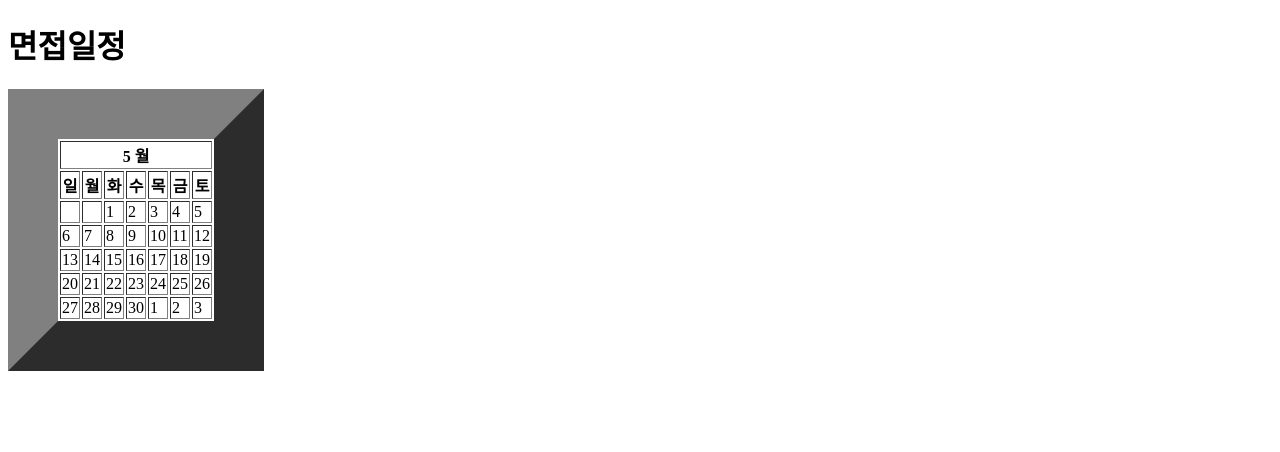
Repository: ssleap/multicampusIoT
Page: workspace190520/edu1/WebContent/workshop.html
The author's editor kept a copy of each file at every save. The page is drawn from the files as they stood at one save, then again after the next save.
The browser window is 1280 px wide. The pictures show the whole page.

Above is the page before, as saved 2019-05-20 07:34:34.

### workspace190520/edu1/WebContent/workshop.html
<!DOCTYPE html>
<html>
<head>
<meta charset="UTF-8">
<meta name = "viewport" content ="width=device-width, initial-scale=1">
<title>자소설닷컴</title>
</head>
<body>
	<h1>면접일정</h1>

	<table border = "50">
		<tr><th colspan = "7">5 월</th></tr>
		<tr><th>일</th><th>월</th><th>화</th><th>수</th>
		<th>목</th><th>금</th><th>토</th></tr>
		<tr>
			<td></td><td></td>
			<td>1</td><td>2</td>
			<td>3</td><td>4</td>
			<td>5</td>
		</tr>
		<tr>
			<td>6</td><td>7</td>
			<td>8</td><td>9</td>
			<td>10</td><td>11</td>
			<td>12</td>
		</tr>
		<tr>
			<td>13</td><td>14</td>
			<td>15</td><td>16</td>
			<td>17</td><td>18</td>
			<td>19</td>
		</tr>
		<tr>
			<td>20</td><td>21</td>
			<td>22</td><td>23</td>
			<td>24</td><td>25</td>
			<td>26</td>
		</tr>
		<tr>
			<td>27</td><td>28</td>
			<td>29</td><td>30</td>
			<td>1</td><td>2</td>
			<td>3</td>
		</tr>
	</table>
</body>
</html>

After the next save:
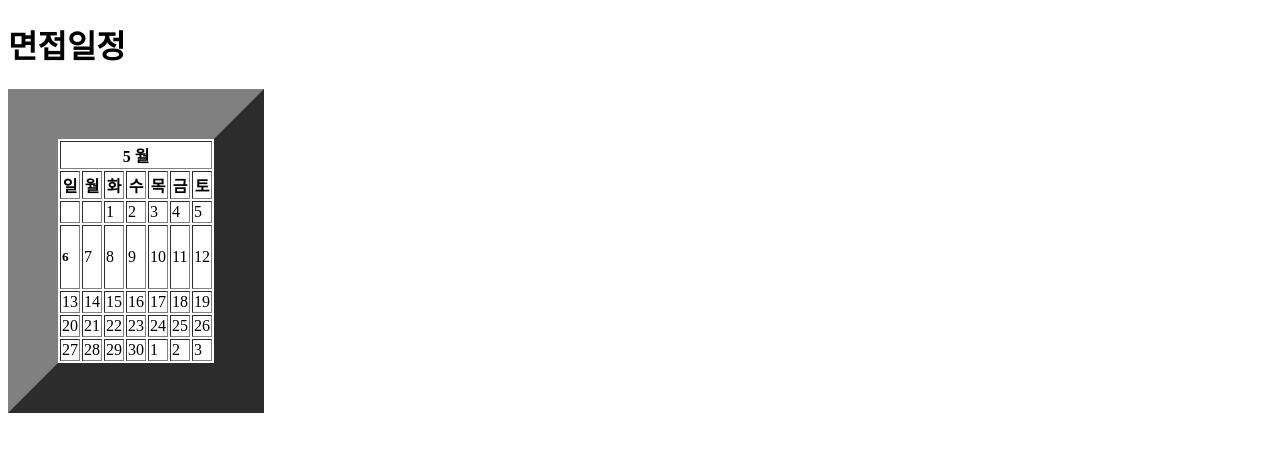
Saved 62 s later.
--- a/workspace190520/edu1/WebContent/workshop.html
+++ b/workspace190520/edu1/WebContent/workshop.html
@@ -19,7 +19,7 @@
 			<td>5</td>
 		</tr>
 		<tr>
-			<td>6</td><td>7</td>
+			<td><h5>6</h5></td><td>7</td>
 			<td>8</td><td>9</td>
 			<td>10</td><td>11</td>
 			<td>12</td>

After the save that followed:
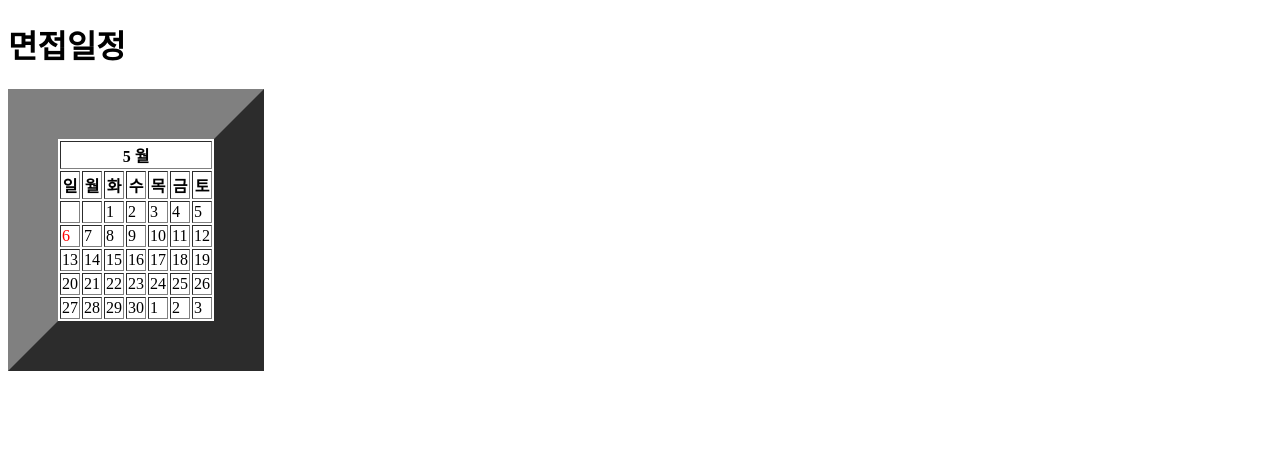
Saved 34 s later.
--- a/workspace190520/edu1/WebContent/workshop.html
+++ b/workspace190520/edu1/WebContent/workshop.html
@@ -19,7 +19,7 @@
 			<td>5</td>
 		</tr>
 		<tr>
-			<td><h5>6</h5></td><td>7</td>
+			<td style = "color : red">6</td><td>7</td>
 			<td>8</td><td>9</td>
 			<td>10</td><td>11</td>
 			<td>12</td>
